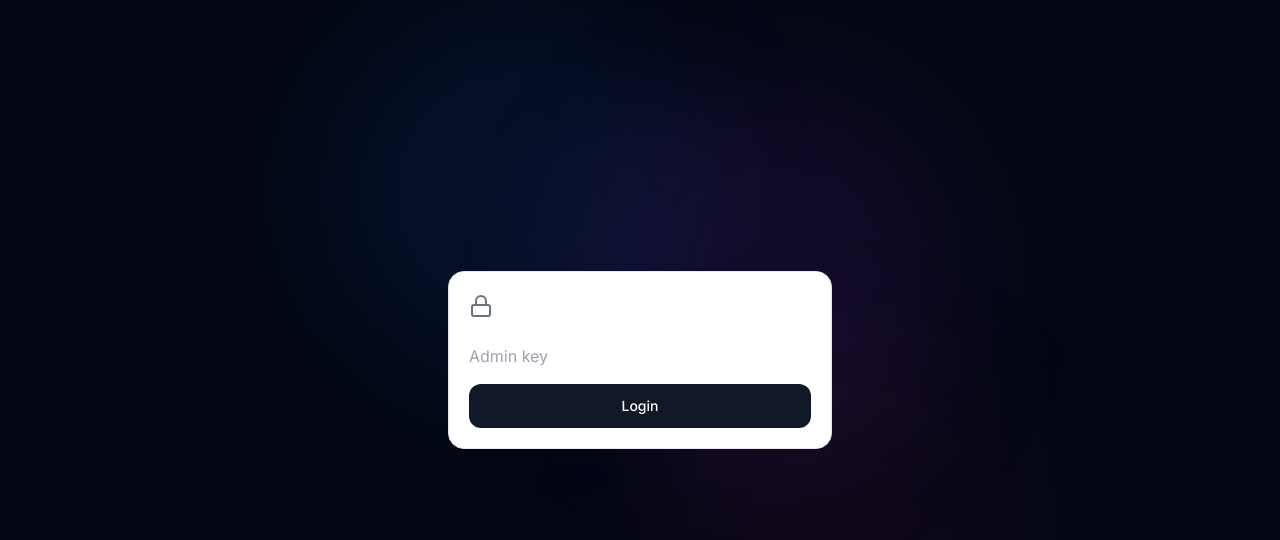
Repository: roshanreddy118/AI-tools-directory
Page: /admin
An editor plug-in stored every save of this project. The page is shown before and after the next save, followed by the edit.
The browser window is 1280 px wide. The pictures show the whole page.
The project was rebuilt for these pictures with package versions that can differ from the ones it lists, and the page was loaded fresh each time. The framework's server and built-in components were replaced by stand-ins that run in the browser. Also part of the build but not shown: next.config.mjs.

Above is the page before, as saved 2026-08-27 20:22:46.

After the next save:
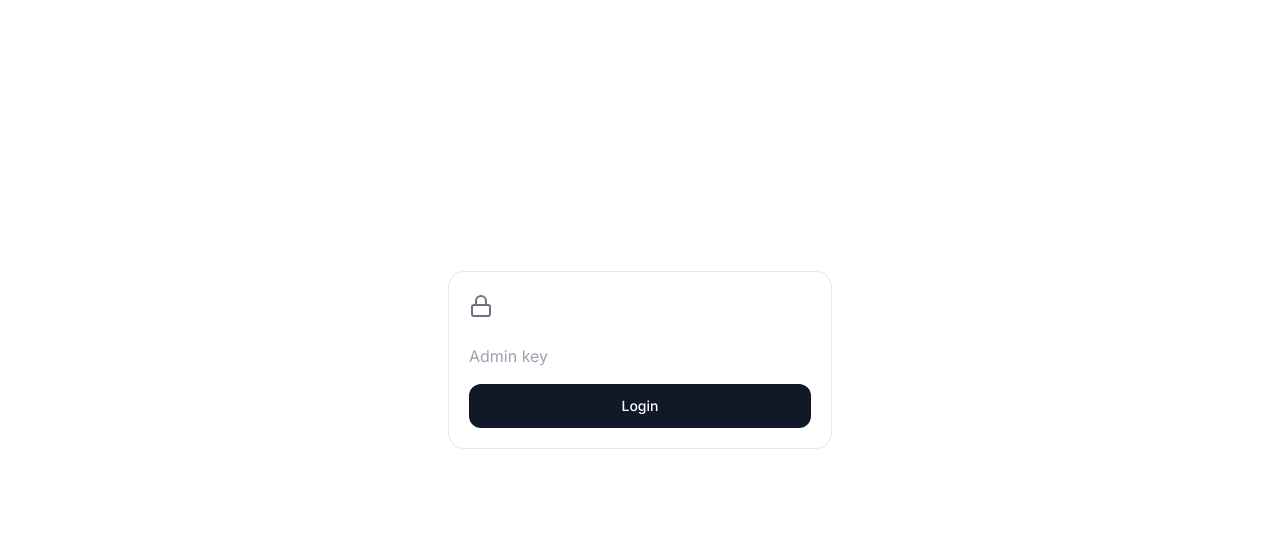
Saved 7 s later.
--- a/src/app/layout.tsx
+++ b/src/app/layout.tsx
@@ -16,17 +16,8 @@ export default function RootLayout({
   children: React.ReactNode;
 }>) {
   return (
-    <html lang="en" className="dark">
-      <body className={inter.className}>
-        {/* Background gradient */}
-        <div className="fixed inset-0 -z-10">
-          <div className="absolute inset-0 bg-gray-950" />
-          <div className="absolute top-0 left-1/4 w-96 h-96 bg-blue-600/10 rounded-full blur-3xl" />
-          <div className="absolute top-20 right-1/4 w-96 h-96 bg-purple-600/10 rounded-full blur-3xl" />
-          <div className="absolute bottom-0 left-1/2 w-96 h-96 bg-pink-600/5 rounded-full blur-3xl" />
-        </div>
-        {children}
-      </body>
+    <html lang="en">
+      <body className={inter.className}>{children}</body>
     </html>
   );
 }
